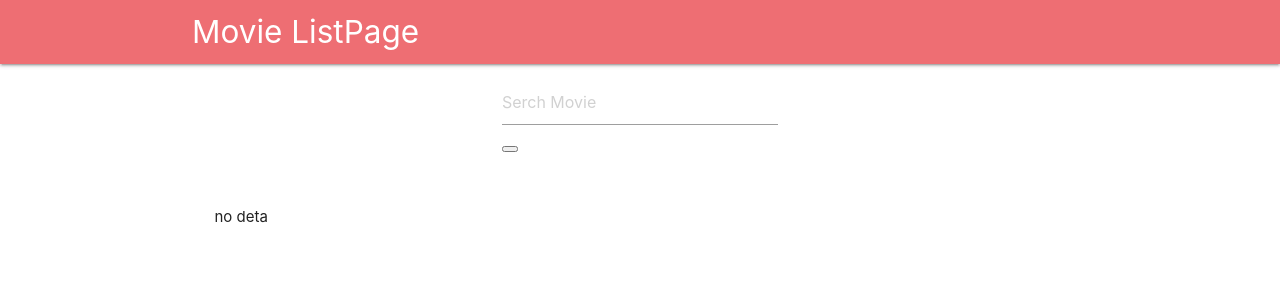
Repository: Reiya-1003/React-Ts-Node-App
Page: /
These files come from the project's save history. The page is drawn as it stood at one moment and after the next save; the edit follows.
The browser window is 1280 px wide. The pictures show the whole page.
The project was rebuilt for these pictures with package versions that can differ from the ones it lists, and the page was loaded fresh each time.

Above is the page before, as saved 2021-11-12 15:24:37.

### public/index.html
<!DOCTYPE html>
<html lang="en">
  <head>
    <meta charset="utf-8" />
    <link rel="icon" href="%PUBLIC_URL%/favicon.ico" />
    <meta name="viewport" content="width=device-width, initial-scale=1" />
    <meta name="theme-color" content="#000000" />
    <meta
      name="description"
      content="Web site created using create-react-app"
    />
    <link rel="apple-touch-icon" href="%PUBLIC_URL%/logo192.png" />
    <!--
      manifest.json provides metadata used when your web app is installed on a
      user's mobile device or desktop. See https://developers.google.com/web/fundamentals/web-app-manifest/
    -->
    <link rel="manifest" href="%PUBLIC_URL%/manifest.json" />
    <link
      rel="stylesheet"
      href="https://cdnjs.cloudflare.com/ajax/libs/materialize/1.0.0/css/materialize.min.css"
    />
    <!--
      Notice the use of %PUBLIC_URL% in the tags above.
      It will be replaced with the URL of the `public` folder during the build.
      Only files inside the `public` folder can be referenced from the HTML.

      Unlike "/favicon.ico" or "favicon.ico", "%PUBLIC_URL%/favicon.ico" will
      work correctly both with client-side routing and a non-root public URL.
      Learn how to configure a non-root public URL by running `npm run build`.
    -->
    <title>React App</title>
  </head>
  <body>
    <noscript>You need to enable JavaScript to run this app.</noscript>
    <div id="root"></div>
    <!--
      This HTML file is a template.
      If you open it directly in the browser, you will see an empty page.

      You can add webfonts, meta tags, or analytics to this file.
      The build step will place the bundled scripts into the <body> tag.

      To begin the development, run `npm start` or `yarn start`.
      To create a production bundle, use `npm run build` or `yarn build`.
    -->
  </body>
</html>

### src/index.tsx
import React from "react";
import ReactDOM from "react-dom";

import App from "./components/App";
import reportWebVitals from "./reportWebVitals";

ReactDOM.render(
  <React.StrictMode>
    <App />
  </React.StrictMode>,
  document.getElementById("root")
);

// If you want to start measuring performance in your app, pass a function
// to log results (for example: reportWebVitals(console.log))
// or send to an analytics endpoint. Learn more: https://bit.ly/CRA-vitals
reportWebVitals();

### src/components/App.tsx
import React, { createContext, useState } from "react";
import Nav from "./Nav";
import Seathbox from "./Searthbox";
import Movielist from "./MovieList";

export const MovieContext = createContext<any>([]);
export const SerchContext = createContext<any>("");

const App = () => {
  const [movies, setMovies] = useState<any>([]);
  const [searchTerm, setSearchterm] = useState<any>("");

  return (
    <div className="App">
      <MovieContext.Provider value={movies}>
        <SerchContext.Provider value={searchTerm}>
          <Nav />
          <Seathbox />
          <Movielist />
        </SerchContext.Provider>
      </MovieContext.Provider>
    </div>
  );
};

export default App;

### src/components/Nav.tsx
import React from "react";

const Nav = () => {
  return (
    <nav>
      <div className=".nav-wrapper container">
        <a href="" className="brand-logo">
          Movie ListPage
        </a>
      </div>
    </nav>
  );
};

export default Nav;

### src/components/Searthbox.tsx
import React, { useContext, useState } from "react";
import { MovieContext, SerchContext } from "./App";

type Props = {
  onClick: (event: React.MouseEvent<HTMLInputElement>) => void;
  onChange: (event: React.ChangeEvent<HTMLInputElement>) => void;
  onkeypress: (event: React.KeyboardEvent<HTMLInputElement>) => void;
  onBlur: (event: React.FocusEvent<HTMLInputElement>) => void;
  onFocus: (event: React.FocusEvent<HTMLInputElement>) => void;
  onSubmit: (event: React.FormEvent<HTMLFormElement>) => void;
  handleSubmit: React.FormEvent<HTMLFormElement>;
  onClickDiv: (event: React.MouseEvent<HTMLDivElement, MouseEvent>) => void;
};

const Searthbox = () => {
  let Movie = useContext(MovieContext);
  const Search = useContext(SerchContext);
  console.log(Movie);
  console.log(Search);
  const [movies, setMovies] = useState<any>({});
  const [searchTerm, setSearchterm] = useState<string>();

  const handleSubmit = (e: React.FormEvent<HTMLFormElement>) => {
    e.preventDefault();

    fetch(
      `https://api.themoviedb.org/3/search/movie?api_key=78eb03987f34d05d918381d81d8257fe&language=ja-JA&page=1&query=${searchTerm}`
    )
      .then((data) => data.json())
      .then((data) => {
        console.log(data);
        setMovies(data.results);
        console.log(movies);
        Movie.shift();
        Movie.push(movies);
      });
  };
  const handleChange = (e: string | any) => {
    const newSerch = e.target.value;
    setSearchterm(newSerch);
    console.log(searchTerm);
  };

  return (
    <div className="container">
      <div className="row">
        <section className="col s4 offset-s4">
          <form action="">
            <div className="input-field">
              <input
                placeholder="Serch Movie"
                type="text"
                onChange={handleChange}
              />
              <button></button>
            </div>
          </form>
        </section>
      </div>
    </div>
  );
};

export default Searthbox;

### src/components/MovieList.tsx
import React, { useContext, useState } from "react";
import { MovieContext, SerchContext } from "./App";

const MovieList = () => {
  const Movie = useContext(MovieContext);
  const Search = useContext(SerchContext);
  console.log(Movie);
  console.log(Search);
  const [movies, setMovies] = useState<any>(Movie);
  console.log(movies);
  const [searchTerm, setSearchterm] = useState<string>(Search);

  return (
    <div className="container">
      <div className="row">
        <div className="col s12">
          <div className="col s12 m6 l3">
            {Movie.length === 0 ? (
              <p>no deta</p>
            ) : (
              Movie.map((list: any, i: any) => {
                return <p key={i}>{list.title}</p>;
              })
            )}

            <div className="card">
              <div className="card-image waves-effect waves-block waveslight"></div>
            </div>
          </div>
        </div>
      </div>
    </div>
  );
};

export default MovieList;

Loaded but not shown: src/reportWebVitals.ts (common file)

After the next save:
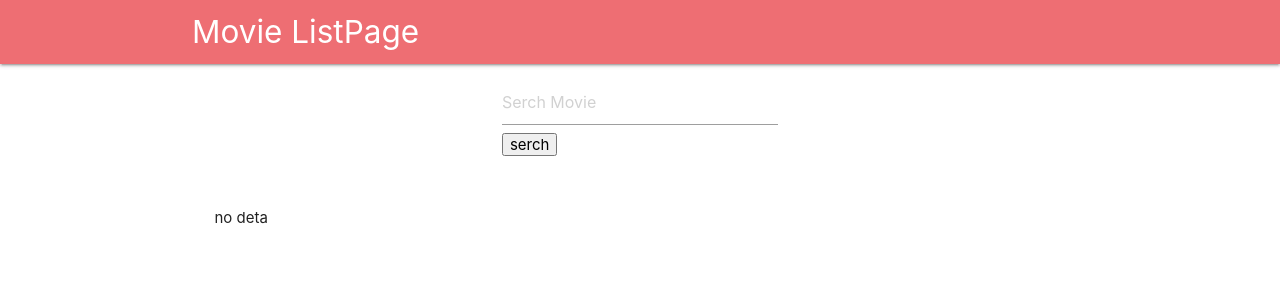
Saved 10 s later.
--- a/src/components/Searthbox.tsx
+++ b/src/components/Searthbox.tsx
@@ -52,7 +52,7 @@ const Searthbox = () => {
                 type="text"
                 onChange={handleChange}
               />
-              <button></button>
+              <button>serch</button>
             </div>
           </form>
         </section>
